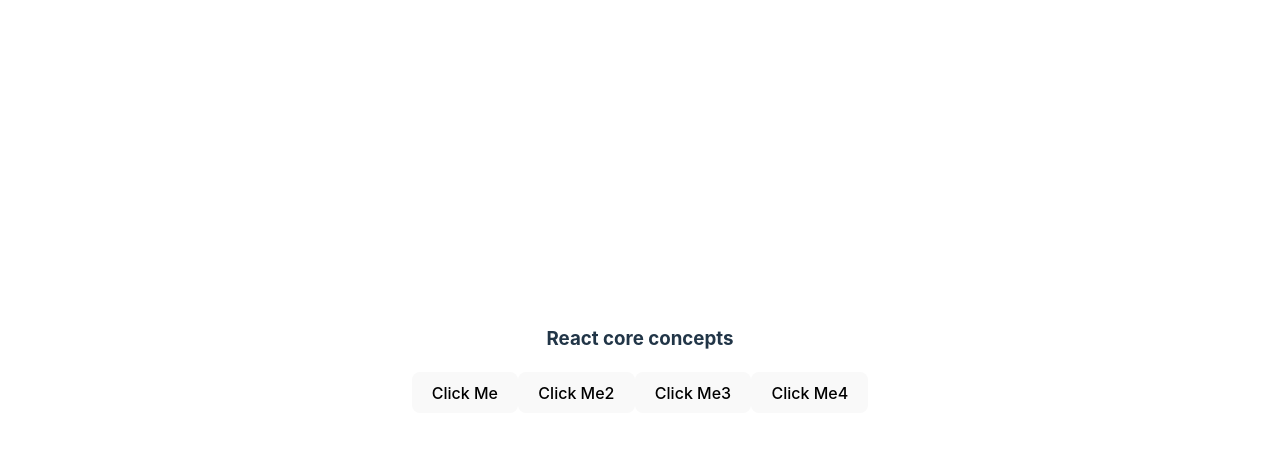
Repository: sumonkumarsarkar/my-project3-react
Page: /
These files come from the project's save history. The page is drawn as it stood at one moment and after the next save; the edit follows.
The browser window is 1280 px wide. The pictures show the whole page.
The project was rebuilt for these pictures with package versions that can differ from the ones it lists, and the page was loaded fresh each time. Also part of the build but not shown: vite.config.js.

Above is the page before, as saved 2024-03-10 21:30:25.

After the next save:
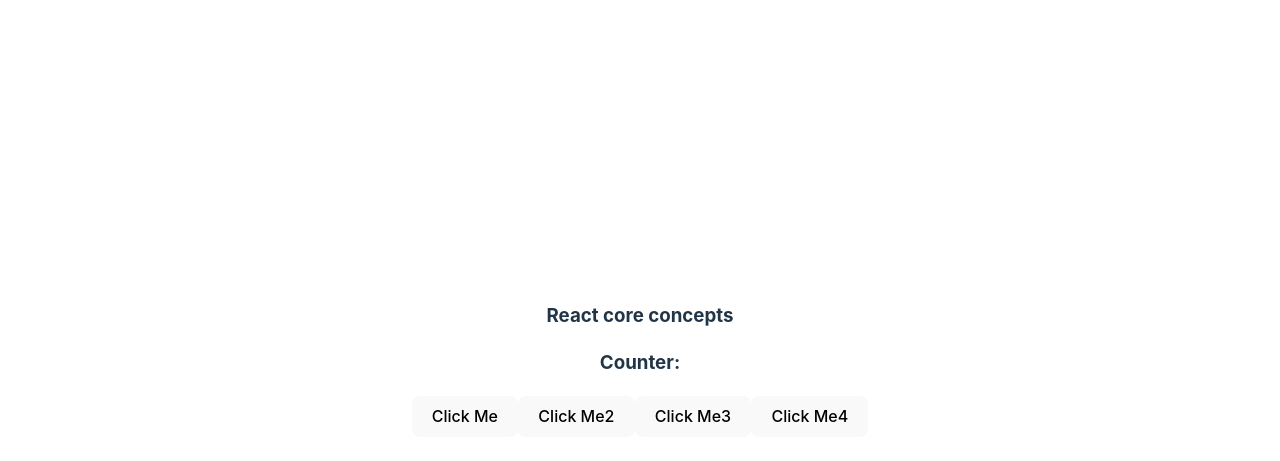
Saved 61 s later.
--- a/src/App.jsx
+++ b/src/App.jsx
@@ -1,5 +1,6 @@
 
 import './App.css'
+import Counter from './Counter'
 
 function App() {
 
@@ -16,6 +17,7 @@ const addToFive=(num)=>{
     <>
 
       <h3>React core concepts</h3>
+      <Counter ></Counter>
       <button onClick={handleClick}>Click Me</button>
       <button onClick={handleClick2}>Click Me2</button>
       <button onClick={()=>{
